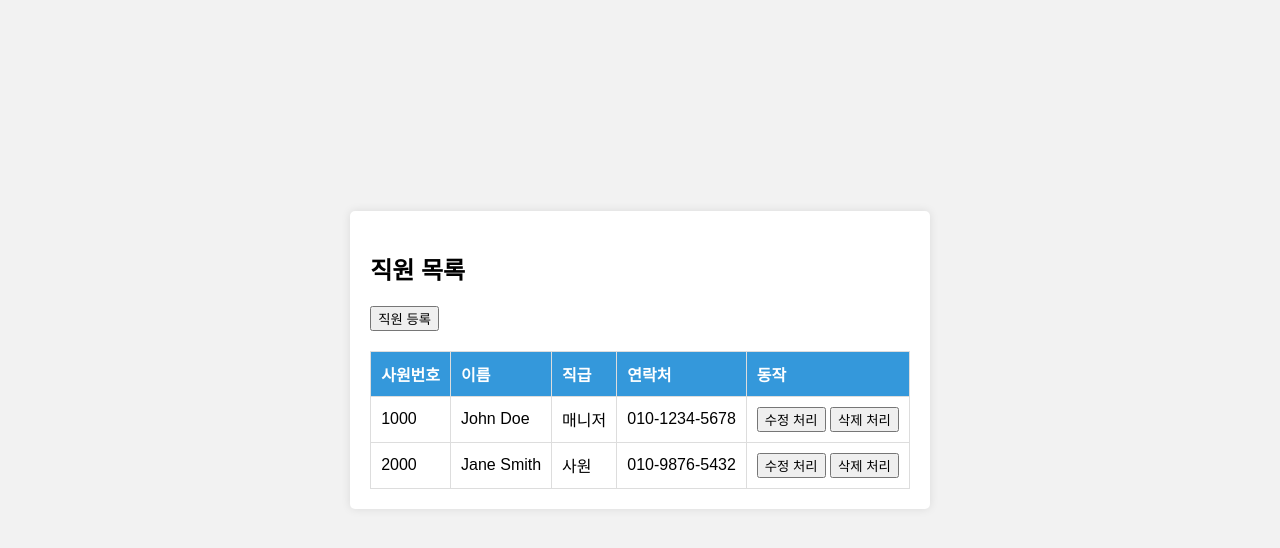
Repository: sieoh/2024html-
Page: http://localhost/jspweb_08/emplist.jsp
An editor plug-in stored every save of this project. The page is shown before and after the next save, followed by the edit.
The browser window is 1280 px wide. The pictures show the whole page.
The page is served by Tomcat 9.

Above is the page before, as saved 2024-01-12 05:07:08.

After the next save:
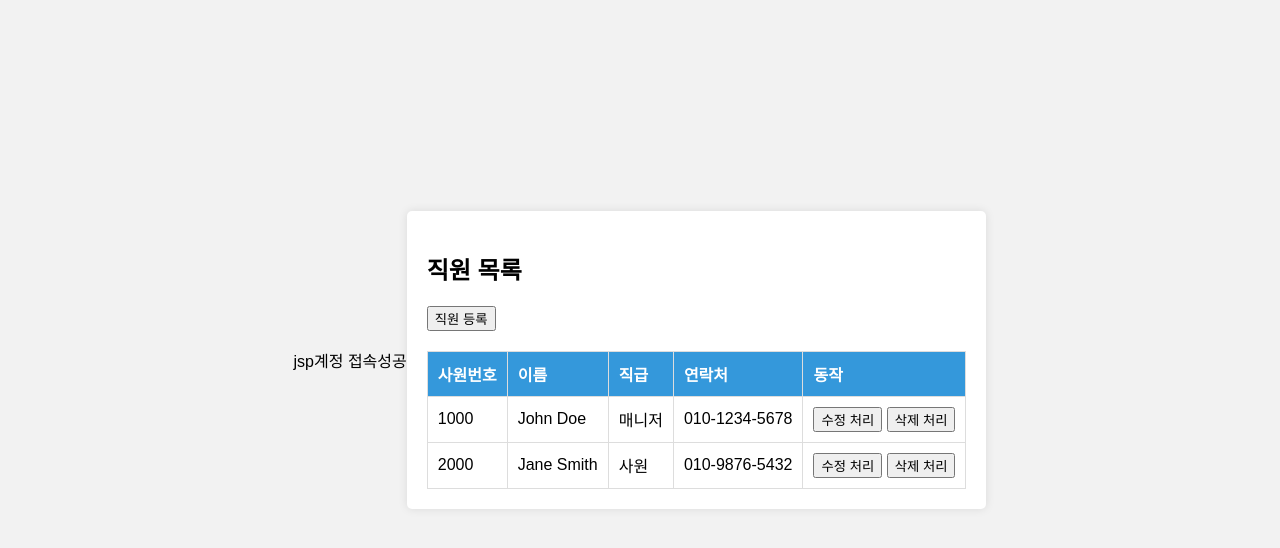
Saved 2 min 25 s later.
--- a/workspace_sts/jspweb_08/src/main/webapp/emplist.jsp
+++ b/workspace_sts/jspweb_08/src/main/webapp/emplist.jsp
@@ -1,5 +1,7 @@
 <%@ page language="java" contentType="text/html; charset=UTF-8"
     pageEncoding="UTF-8"%>
+<%@ page import="java.sql.*" %>
+<%@ page import="utils.DBConfig" %>
 <!DOCTYPE html>
 <html>
 <head>
@@ -40,6 +42,18 @@
 </style>
 </head>
 <body>
+	<%
+		//오라클 DB와 접속
+		Connection connection = null;
+
+		// 접속하기
+	    try {
+	    	connection = DBConfig.getConnection();
+	    	out.println("jsp계정 접속성공");
+	    } catch (Exception e) {
+	    	out.println("jsp계정 접속실패");
+	    }
+	%>
 	<div class="employee-list">
         <h2>직원 목록</h2>
         <button onclick="handleAddButtonClick()">직원 등록</button> <!-- 등록 버튼 추가 -->
